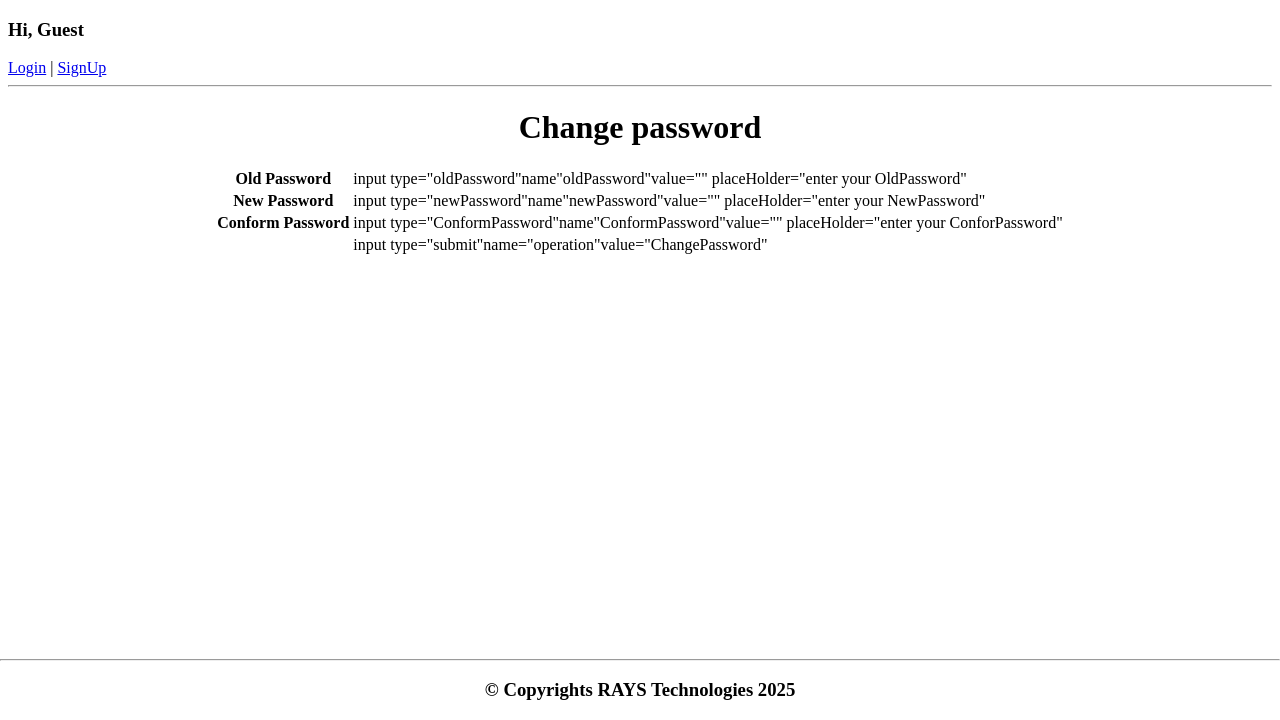
Repository: Deepak9669/JSP-Servlet
Page: http://localhost/Dynamic-Web-Project/ChangePasswordView.jsp
The author's editor kept a copy of each file at every save. The page is drawn from the files as they stood at one save, then again after the next save.
The browser window is 1280 px wide. The pictures show the whole page.
The page is served by Tomcat 9.

Above is the page before, as saved 2025-10-07 08:56:00.

After the next save:
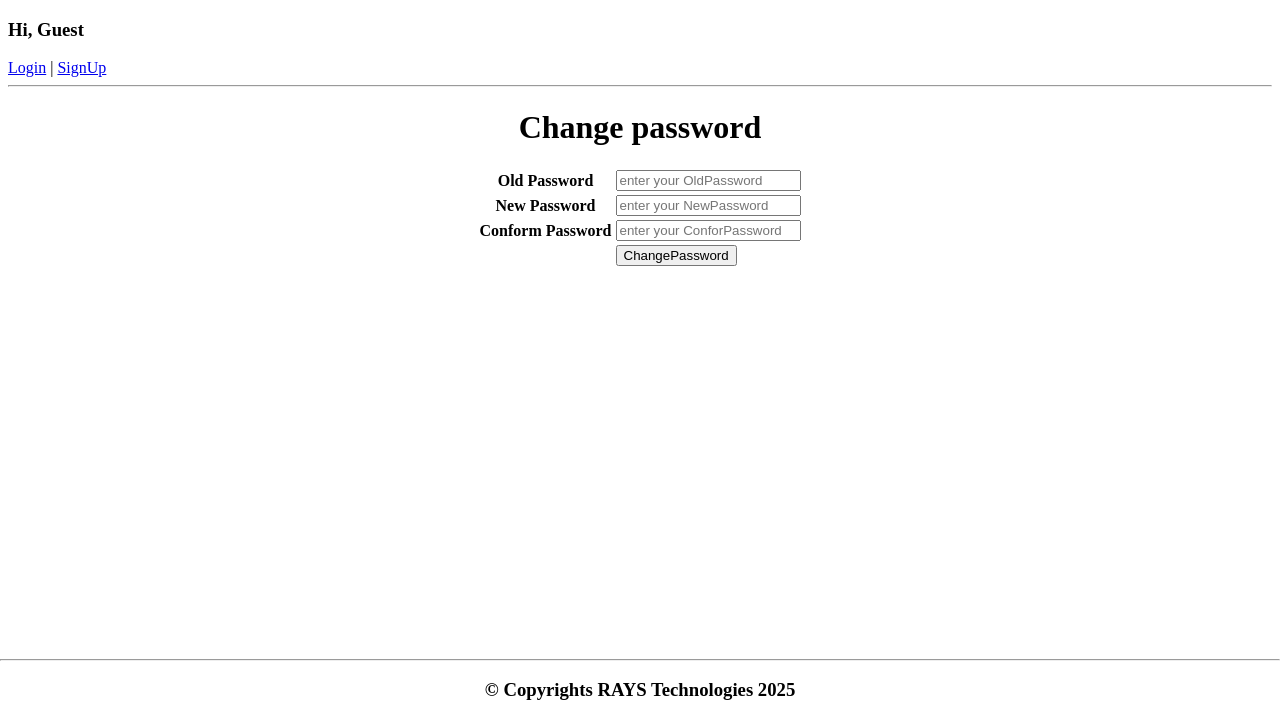
Saved 111 s later.
--- a/Dynamic-Web-Project/WebContent/ChangePasswordView.jsp
+++ b/Dynamic-Web-Project/WebContent/ChangePasswordView.jsp
@@ -14,25 +14,25 @@
 		<table>
 		<tr>
 		<th>Old Password</th>
-		<td>input type="oldPassword"name"oldPassword"value=""
-		 placeHolder="enter your OldPassword"</td>
+		<td><input type="oldPassword"name="oldPassword"value=""
+		 placeHolder="enter your OldPassword"></td>
 
 		</tr>
 		<tr>
 		<th>New Password</th>
-		<td>input type="newPassword"name"newPassword"value=""
-		 placeHolder="enter your NewPassword"</td>
+		<td><input type="newPassword"name="newPassword"value=""
+		 placeHolder="enter your NewPassword"></td>
 
 		</tr>
 		<tr>
 		<th>Conform Password</th>
-		<td>input type="ConformPassword"name"ConformPassword"value=""
-		 placeHolder="enter your ConforPassword"</td>
+		<td><input type="ConformPassword" name="ConformPassword"value=""
+		 placeHolder="enter your ConforPassword"></td>
 
 		</tr>
 		<tr>
 		<th></th>
-		<td>input type="submit"name="operation"value="ChangePassword"</td>
+		<td><input type="submit"name="operation"value="ChangePassword"></td>
 		</tr>
 
 
